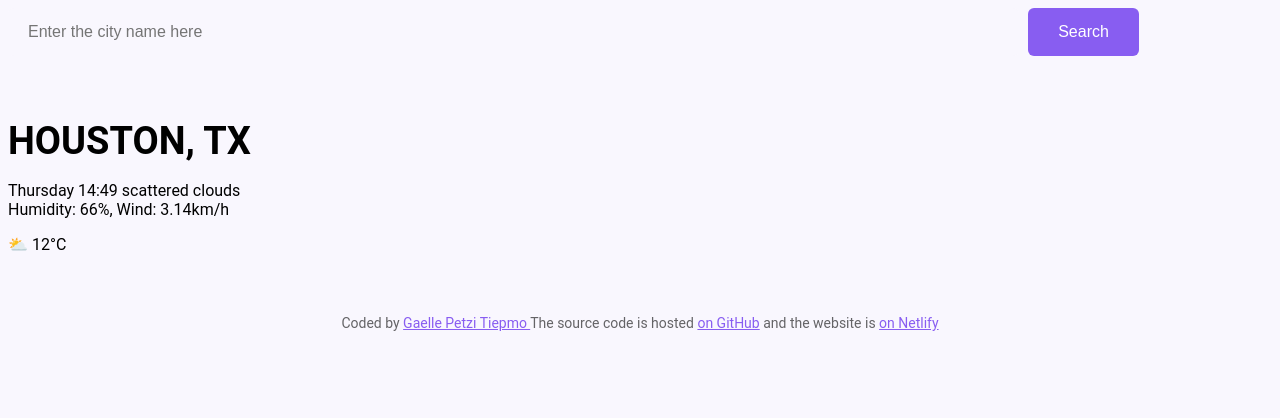
Repository: OnwardForward/meteo.by.gaelle
Page: meteo.appbygaelle.html
An editor plug-in stored every save of this project. The page is shown before and after a run of saves, followed by the edit.
The browser window is 1280 px wide. The pictures show the whole page.

Above is the page before, as saved 2024-04-18 15:24:14.

After the next 2 saves:
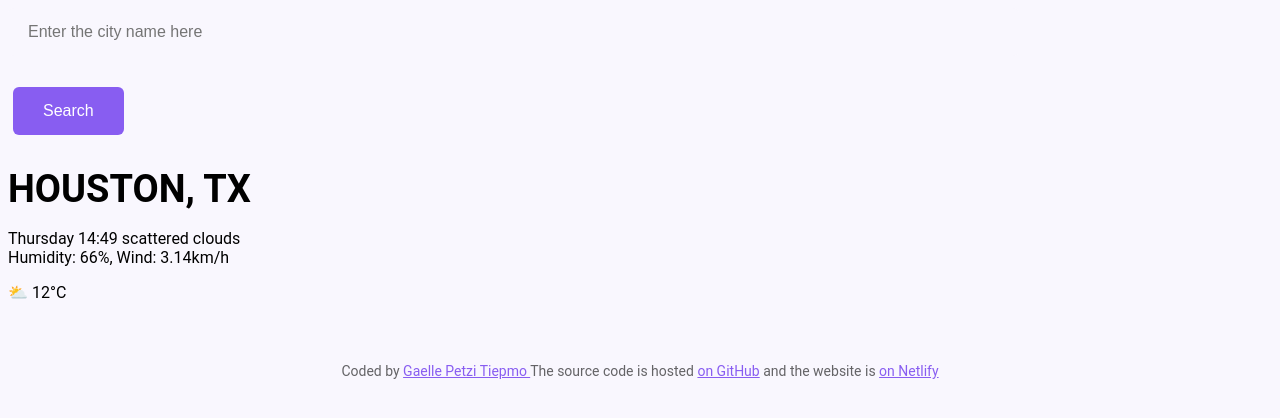
The 2 saves are shown as one change because they came seconds apart.
The last was saved 56 s later.
--- a/meteo.appbygaelle.html
+++ b/meteo.appbygaelle.html
@@ -7,10 +7,11 @@
     <link rel="stylesheet" href="src\styles.css" />
 </head>
 <body>
-    <div class="meteo-app"></div>
+    <div class="meteo-app">
     <header>
     <form>
         <input type="search" placeholder="Enter the city name here" required class="search-form-input" />
+    </div>
         <input type="submit" value="Search" class="search-form-button" />
     </form>
    </header>

After the 3 saves that followed:
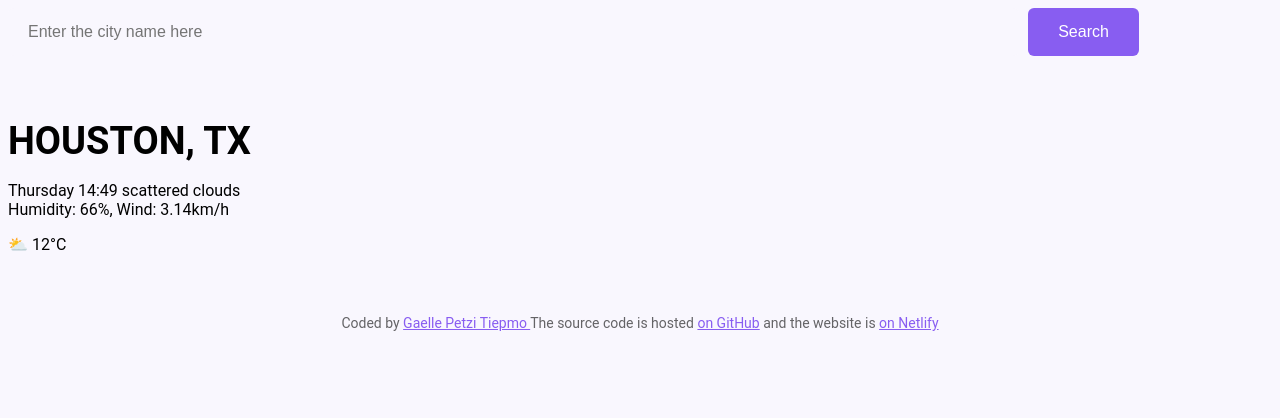
The 3 saves are shown as one change because 2 left the picture as it was.
The last was saved 86 s later.
--- a/meteo.appbygaelle.html
+++ b/meteo.appbygaelle.html
@@ -9,9 +9,8 @@
 <body>
     <div class="meteo-app">
     <header>
-    <form>
+    <form class="search-form">
         <input type="search" placeholder="Enter the city name here" required class="search-form-input" />
-    </div>
         <input type="submit" value="Search" class="search-form-button" />
     </form>
    </header>
